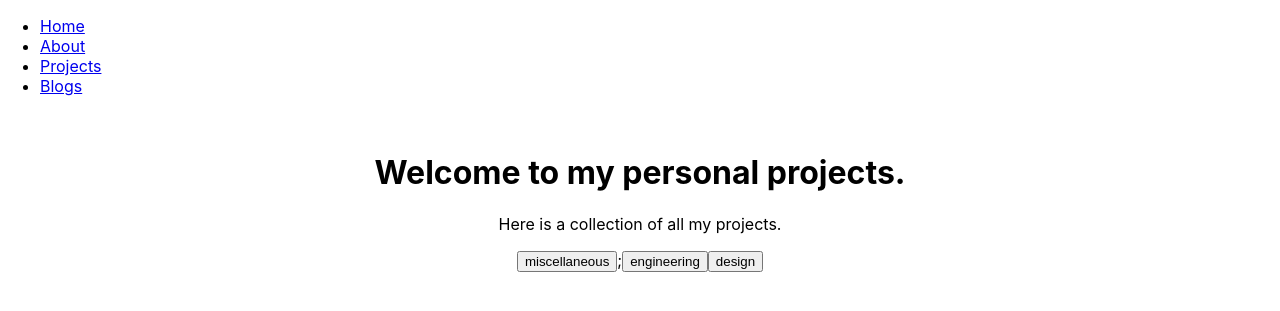
Repository: nicholaschen09/personalWebsite
Page: /projects
The author's editor kept a copy of each file at every save. The page is drawn from the files as they stood at one save, then again after the next save.
The browser window is 1280 px wide. The pictures show the whole page.
The project was rebuilt for these pictures with package versions that can differ from the ones it lists, and the page was loaded fresh each time. Also part of the build but not shown: src/components/About.css, src/components/About.js, src/components/Home.css, src/components/Home.js, src/components/Blog.css, src/components/Blog.js.

Above is the page before, as saved 2024-05-23 00:37:00.

### src/App.js
import React from 'react';
import { BrowserRouter as Router, Route, Routes, Link } from 'react-router-dom';
import About from './components/About.js';
import Home from './components/Home.js';
import Projects from './components/Projects.js';
import Blog from './components/Blog.js';

function App() {
  return (
    <Router>
      <div>
        <nav>
          <ul>
            <li>
              <Link to="/">Home</Link>
            </li>
            <li>
              <Link to="/about">About</Link>
            </li>
            <li>
              <Link to="/projects">Projects</Link>
            </li>
            <li>
              <Link to="/blogs">Blogs</Link>
            </li>
          </ul>
        </nav>

        <Routes>
          <Route path="/about" element={<About />} />
          <Route path="/" element={<Home />} />
          <Route path="/projects" element={<Projects />} />
          <Route path="/blogs" element={<Blog />} />
        </Routes>
      </div>
    </Router>
  );
}

export default App;

### src/components/Projects.js
import React from 'react';
import { Link } from 'react-router-dom';
import './Projects.css';

const Projects = () => {
    return (
        <div className="projects">
            <h1>Welcome to my personal projects. </h1>
            <p>Here is a collection of all my projects.</p>

            <Link to ="/projects/miscellaneous"><button>miscellaneous</button></Link>;

            <button>engineering</button>

            <button>design</button>

        </div>
    );
};

export default Projects;

### src/components/Projects.css
/* src/components//Home.css */
.projects {
    text-align: center;
    padding: 20px;
}

Loaded but not shown: public/index.html (common file); src/index.js (common file); src/index.css (common file); src/reportWebVitals.js (common file)

After the next save:
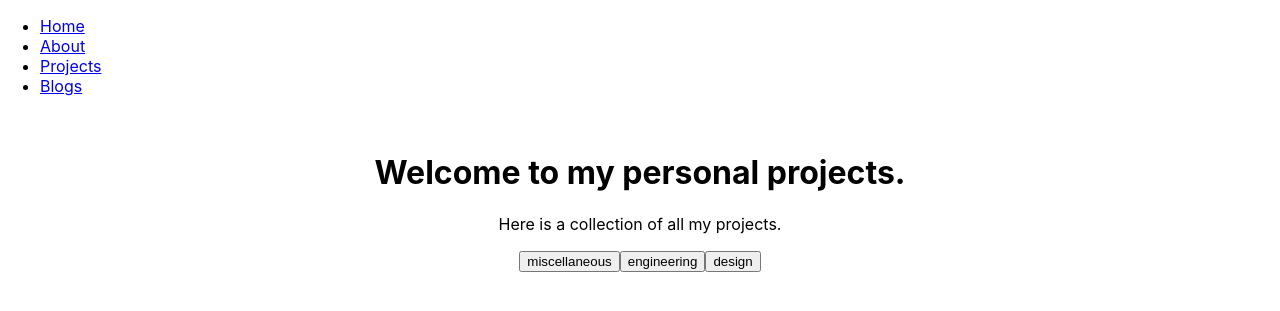
Saved 15 s later.
--- a/src/components/Projects.js
+++ b/src/components/Projects.js
@@ -8,7 +8,7 @@ const Projects = () => {
             <h1>Welcome to my personal projects. </h1>
             <p>Here is a collection of all my projects.</p>
 
-            <Link to ="/projects/miscellaneous"><button>miscellaneous</button></Link>;
+            <Link to ="/projects/miscellaneous"><button>miscellaneous</button></Link>
 
             <button>engineering</button>
 
